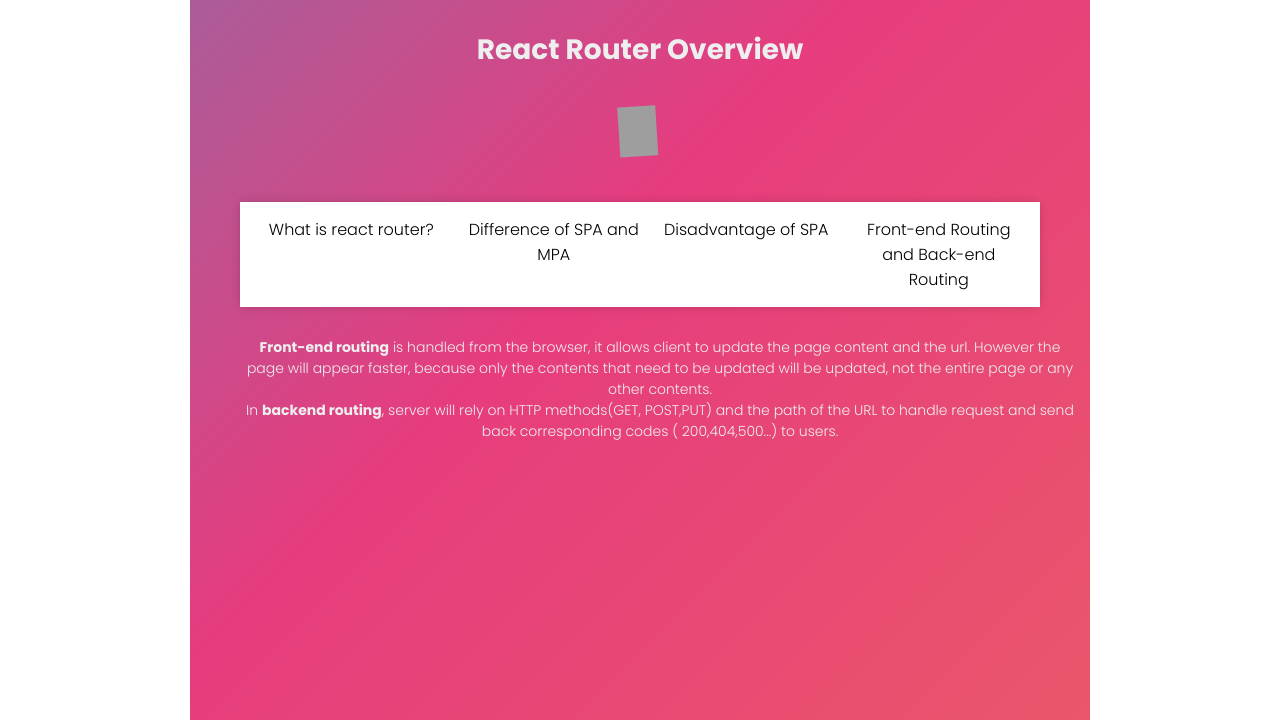
Repository: nguy3nds/2021-18-9-react
Page: /Tung
These files come from the project's save history. The page is drawn as it stood at one moment and after the next save; the edit follows.
The browser window is 1280 px wide. The pictures show the whole page.
Pictures or frames that could not be fetched are drawn as grey boxes. The project was rebuilt for these pictures with package versions that can differ from the ones it lists, and the page was loaded fresh each time. Also part of the build but not shown: src/components/What.js, src/components/Why.js, src/components/How.js.

Above is the page before, as saved 2021-09-19 22:42:49.

After the next save:
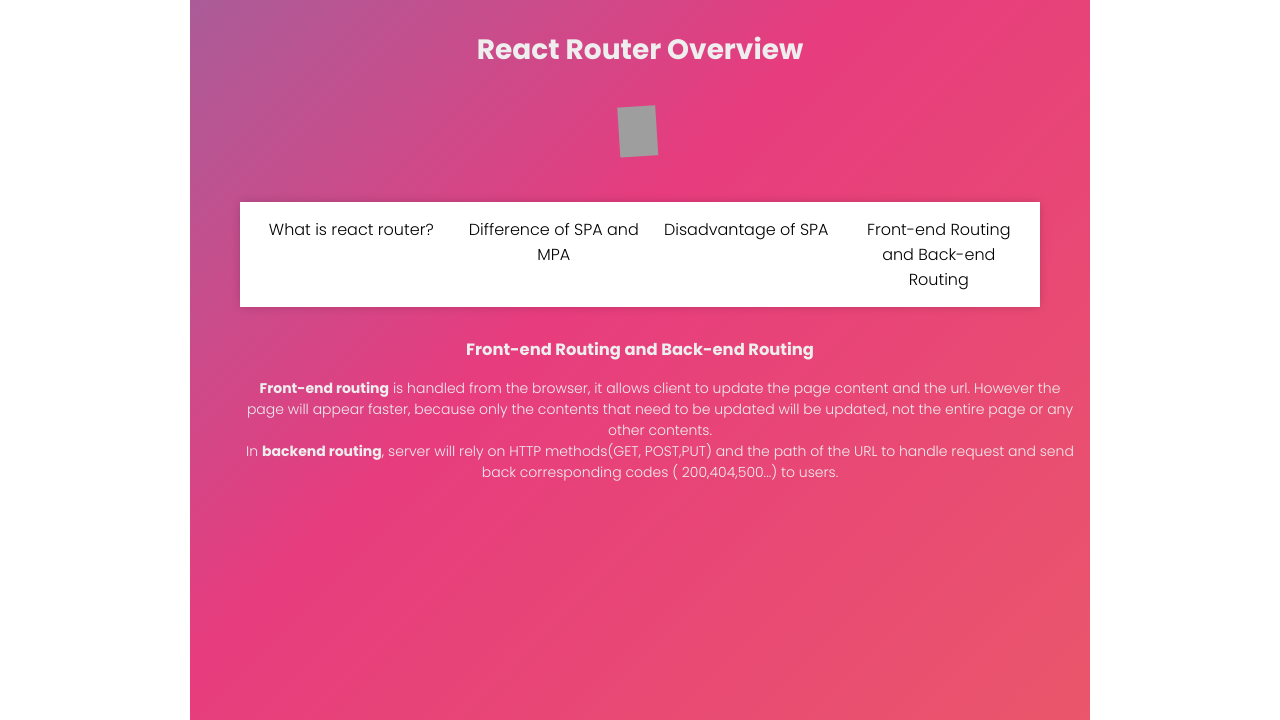
Saved 24 s later.
--- a/src/components/Tung.js
+++ b/src/components/Tung.js
@@ -1,6 +1,7 @@
 export default function Tung() {
   return (
     <div>
+      <h3>Front-end Routing and Back-end Routing</h3>
       <ul>
         <li>
           <b>Front-end routing</b> is handled from the browser, it allows client
